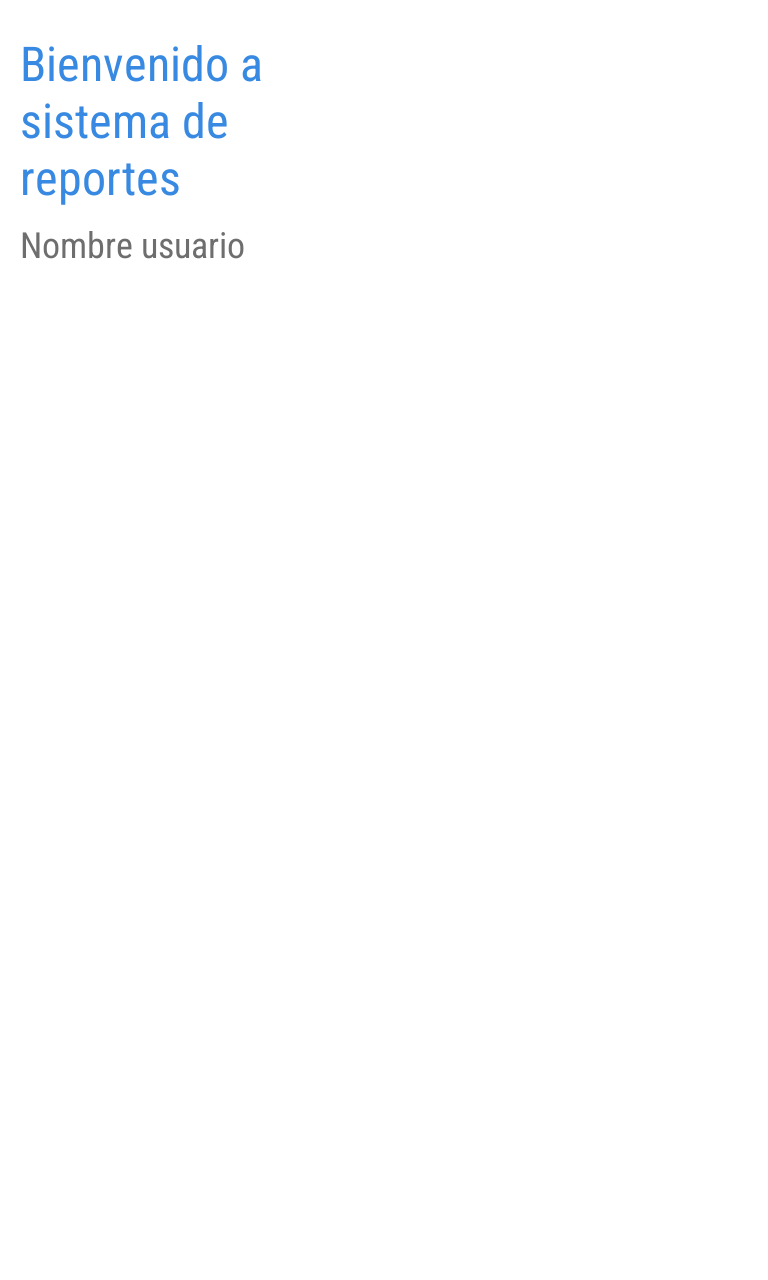
Repository: ramonramirezz/ReportesApp
Layout: Reportes/res/layout/welcome.xml
These files come from the project's save history. The layout is drawn as it stood at one moment and after the next save; the edit follows.
It is drawn on a 768 x 1280 px phone screen (xhdpi) without system bars, with theme AppTheme; the app's code is not run. The app's manifest (not shown) leaves right-to-left support off. So textAlignment, textDirection and layoutDirection are ignored, and left and right values win over start and end ones.

Above is the layout before, as saved 2015-11-21 18:43:17.

### Reportes/res/layout/welcome.xml
<?xml version="1.0" encoding="utf-8"?>
<LinearLayout xmlns:android="http://schemas.android.com/apk/res/android"
    android:layout_width="match_parent"
    android:layout_height="match_parent"
    android:orientation="vertical"
    android:textAlignment="center" >


    <LinearLayout
        android:layout_width="fill_parent"
        android:layout_height="wrap_content"
        android:layout_margin="10dp"
        android:orientation="vertical"

        >
        <TextView
	    	android:id="@+id/tvBienvenido"
	    	android:layout_width="188dp"
	    	android:layout_height="wrap_content"
	    	android:fontFamily="sans-serif-condensed"
	    	android:layout_marginTop="5dp"
	    	android:text="Bienvenido a sistema de reportes"
	    	android:textColor="#3789E1"
	    	android:textSize="24dp" />

		<TextView
	    	android:id="@+id/tvNombreUsuario"
	    	android:layout_width="wrap_content"
	    	android:layout_height="wrap_content"
	    	android:fontFamily="sans-serif-condensed"
	    	android:text="Nombre usuario"
	    	android:textColor="#6E6E6E"
	    	android:textSize="18dp"
	    	android:layout_marginTop="5dp"
	    />

		<View android:layout_width="1dip"
   				 android:layout_height="fill_parent"
android:background="#FFFFFF" />

    </LinearLayout>



</LinearLayout>

Loaded but not shown: Reportes/res/values/styles.xml (common file); Reportes/res/values-v11/styles.xml (common file); Reportes/res/values-v14/styles.xml (common file)

After the next save:
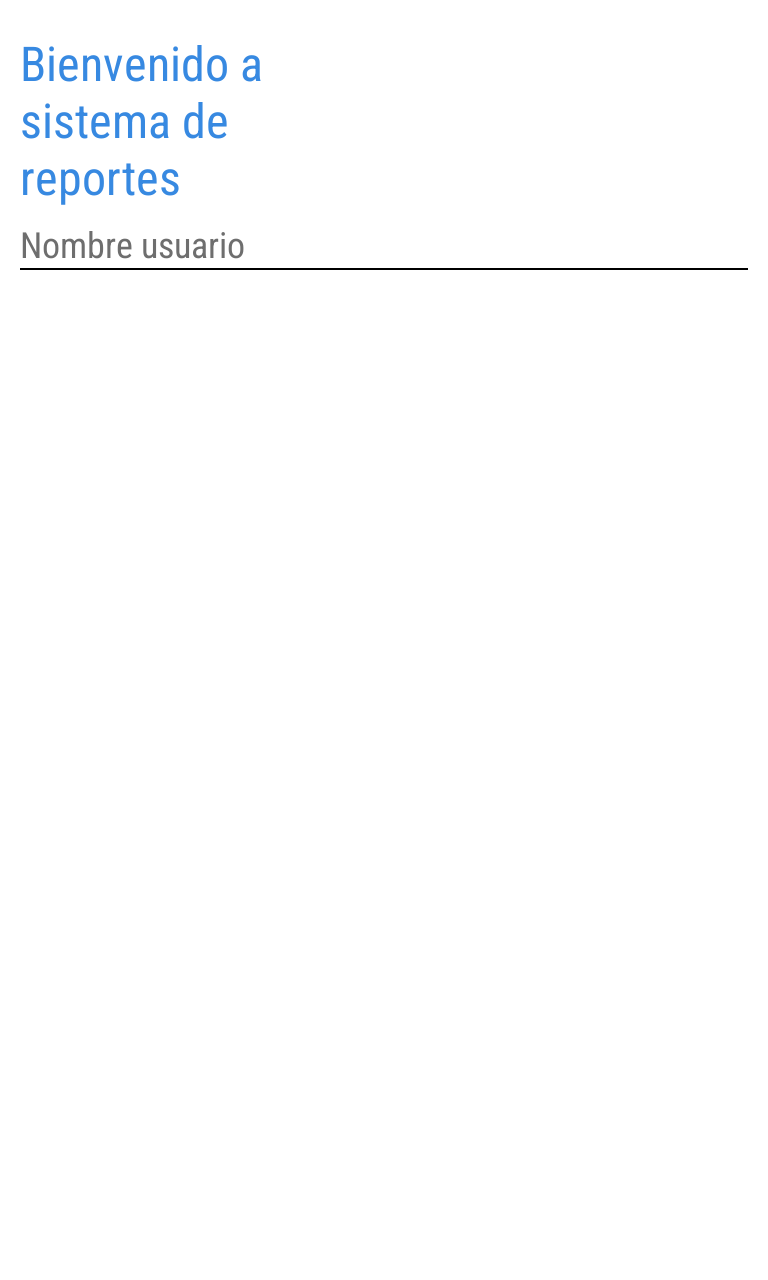
Saved 49 s later.
--- a/Reportes/res/layout/welcome.xml
+++ b/Reportes/res/layout/welcome.xml
@@ -34,9 +34,10 @@
 	    	android:layout_marginTop="5dp"
 	    />
 
-		<View android:layout_width="1dip"
-   				 android:layout_height="fill_parent"
-android:background="#FFFFFF" />
+		<View
+ android:layout_width="match_parent"
+ android:layout_height="1dp"
+ android:background="@android:color/black" />
 
     </LinearLayout>
 
